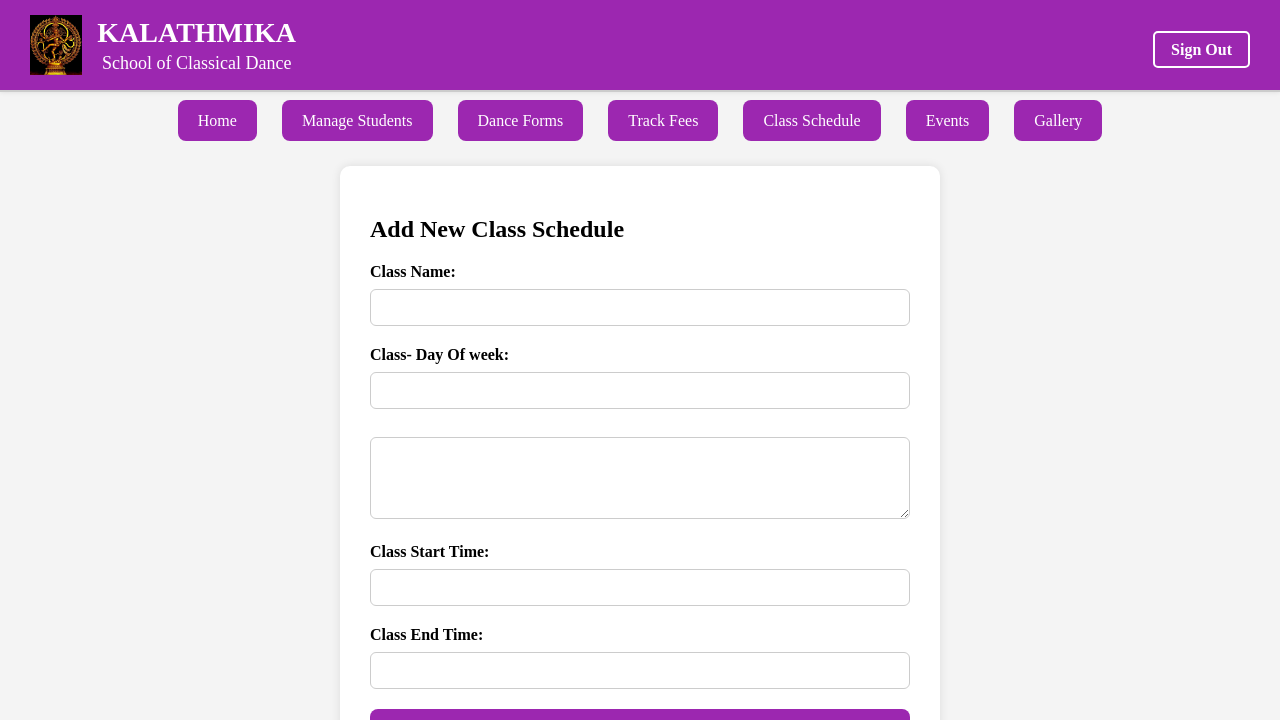
Repository: ammubancilal/LUMINAR-JDK17-STS4-SPRINGBOOT-KALATHMIKA-DANCESCHOOL
Page: http://localhost/springboot-jsp-kalathmika/WEB-INF/jsp/addClassSchedule.jsp
An editor plug-in stored every save of this project. The page is shown before and after the next save, followed by the edit.
The browser window is 1280 px wide. The pictures show the whole page.
An inner scrolling area shows only its first screen. The page is served by Tomcat 10. Nobody is signed in. The template is opened directly, without the code that normally fills it, so the values that code supplies are empty.

Above is the page before, as saved 2025-04-29 18:52:54.

After the next save:
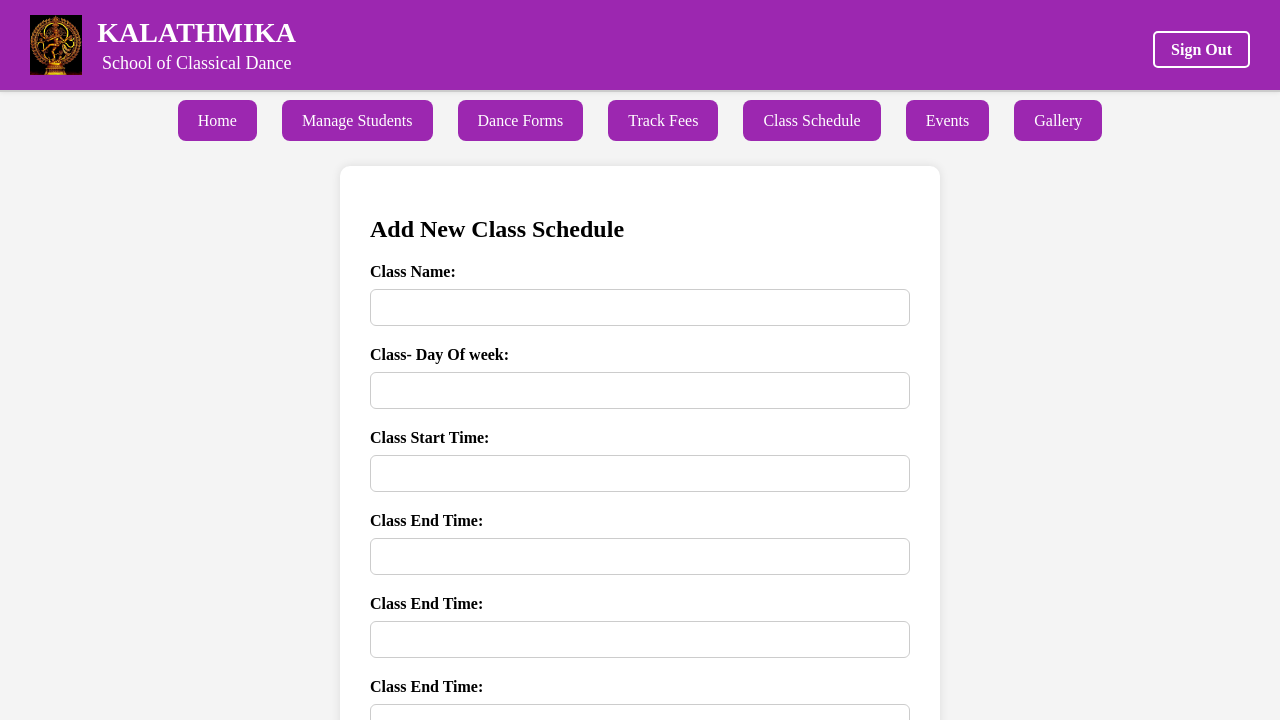
Saved 45 s later.
--- a/springboot-jsp-kalathmika/src/main/webapp/WEB-INF/jsp/addClassSchedule.jsp
+++ b/springboot-jsp-kalathmika/src/main/webapp/WEB-INF/jsp/addClassSchedule.jsp
@@ -97,7 +97,7 @@
     <label for="dance_desc">Class- Day Of week:</label>
     <input type="text" id="classDayofweek" name="classDayofweek" required>
 
-    <textarea id="dance_desc" name="classDayofweek" rows="4" cols="50" required></textarea>
+
   </div>
 
   <div>
@@ -110,6 +110,15 @@
     <input type="text" id="classEndtime" name="classEndtime" required>
   </div>
 
+  <div>
+    <label for="dance_origin_state">Class End Time:</label>
+    <input type="text" id="classEndtime" name="classEndtime" required>
+  </div>
+
+  <div>
+    <label for="dance_origin_state">Class End Time:</label>
+    <textarea id="dance_desc" name="classDayofweek" rows="4" cols="50" required></textarea>
+  </div>
 
         <button type="submit" class="btn-submit">Add Dance Form</button>
     </form>
